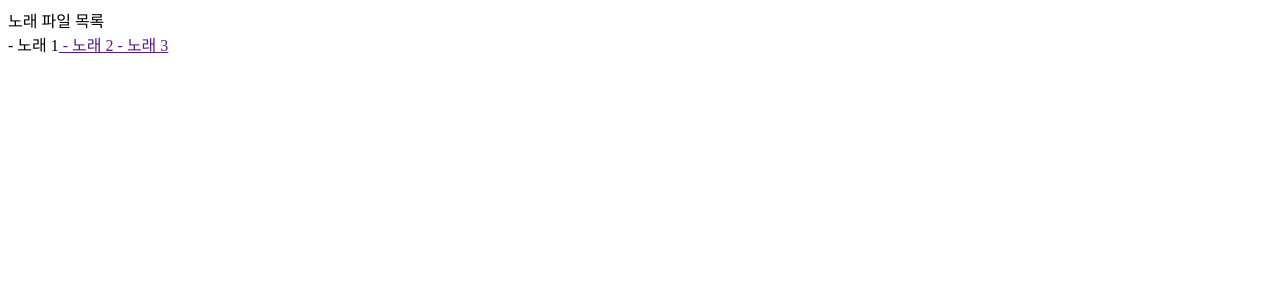
Repository: ionoffx00101/Bitworkspace
Page: http://localhost/brain/SongList.jsp
An editor plug-in stored every save of this project. The page is shown before and after the next save, followed by the edit.
The browser window is 1280 px wide. The pictures show the whole page.
The page is served by Tomcat 9.

Above is the page before, as saved 2017-01-18 04:25:34.

After the next save:
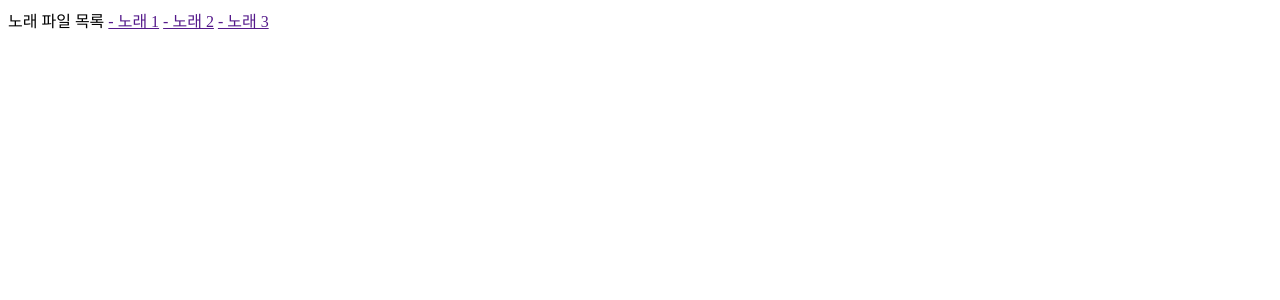
Saved 50 s later.
--- a/brain/WebContent/SongList.jsp
+++ b/brain/WebContent/SongList.jsp
@@ -10,10 +10,9 @@
 </head>
 <body>
 노래 파일 목록
-<% ArrayList list = new ArrayList(); %><%-- <%list.add(index, element); %> --%>
-<form action="" method="get"></form>
-- 노래 1<a href>
-- 노래 2
-- 노래 3
+
+<a href="">- 노래 1</a>
+<a href="">- 노래 2</a>
+<a href="">- 노래 3</a>
 </body>
 </html>
